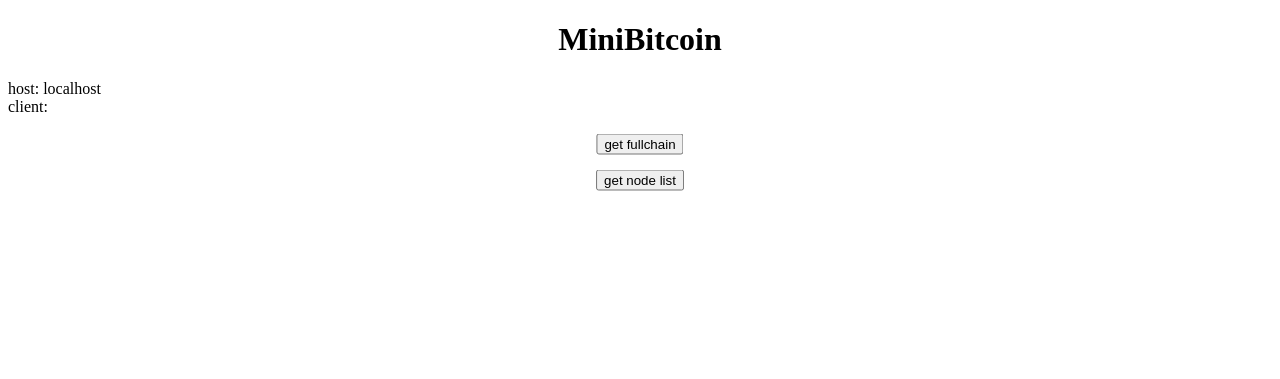
Repository: lam4562311/Minibitcoin
Page: http://localhost/
The author's editor kept a copy of each file at every save. The page is drawn from the files as they stood at one save, then again after the next save.
The browser window is 1280 px wide. The pictures show the whole page.
Some web libraries are served in a nearby version. The page is served by the project's application, run on Flask 3 (bitcoin-5003.py).

Above is the page before, as saved 2022-04-08 23:13:05.

### templates/homepage.html
<!DOCTYPE html>
<html>
<head>
    <style>
        .center {
          margin:10px 0px 10px 0px;
          position: absolute;
          left: 50%;
          -ms-transform: translate(-50%, -50%);
          transform: translate(-50%, -50%);
        }
        </style>
</head>
    <body>

        <h1><center> MiniBitcoin </center></h1>
        <span> host:</span>
        <span id="hostname_span"></span><br>
        <span>client:</span>
        <span id="client_id_span"></span><br>

        <span id="fullchain_span"></span>
        <br>
        <div class="center">
            <button id="get_chain_bt">get fullchain</button>
        </div>
        <br>
        <span id="node_list_span"></span>
        <br>
        <div class="center">
            <button id="get_node_bt">get node list</button>
        </div>
        <br>
    <script src="//ajax.googleapis.com/ajax/libs/jquery/1.9.1/jquery.min.js"></script>
    <script src="{{url_for("static", filename="index.js")}}"></script>
    </body>
</html>

### bitcoin-5003.py
from operator import contains
import wx
from bitcoinclass import Transaction,Wallet,Block,Blockchain
from flask import Flask, jsonify, request, render_template, redirect, url_for, send_file
from urllib.parse import urlparse
import json
import re
import requests
import io
import logging
app = Flask(__name__)

#Flask API
@app.route('/new_transaction', methods=['POST'])
def new_transaction():
    values = request.form

    # Check that the required fields are in the PoST'ed data
    required = ['recipient_address', 'amount']
    if not all(k in values for k in required):
        return 'Missing values', 400

    #Create a new Transaction
    transaction = Transaction(myWallet.identity, values['recipient_address'], values[ 'amount'])
    transaction.add_signature(myWallet.sign_transaction(transaction))
    transaction_result = blockchain.add_new_transaction(transaction)

    if transaction_result:
        response = { 'message': 'Transaction will be added to Block'}
        return jsonify(response), 201
    else:
        response = {'message': 'Invalid Transaction!'}
        return jsonify(response), 406

@app.route( '/get_transactions' , methods=[ 'GET'])
def get_transactions():
    #Get transactions from transactions pool
    transactions = blockchain.unconfirmed_transactions
    response = {'transactions' : transactions}
    return jsonify(response), 200

@app.route('/chain', methods=['GET'])
def last_ten_blocks():
    response = {
        'chain' : blockchain.chain[-10:],
        'length': len(blockchain.chain),
    }
    return jsonify(response), 200


@app.route('/fullchain', methods=['GET'])
def full_chain():
    response = {
    'chain' : json.dumps(blockchain.chain),
    'length' : len(blockchain.chain),
    }
    return jsonify (response), 200

@app.route('/get_nodes', methods=['GET'])
def get_nodes():
    nodes = list(blockchain.nodes)
    response = {'nodes' : nodes}
    return jsonify(response), 200

@app.route('/register_node', methods=['POST'])
def register_node():
    values = request.form
    node = values.get('node')
    com_port = values.get('com_port')
    if node is None and com_port is None:
        return "Error: Please supply a valid list of nodes", 400
    if com_port is not None:
        blockchain.register_node(request.remote_addr + ":" + com_port)
        node = request.remote_addr + ":" + com_port
        app.logger.warning(node)
    else:
        blockchain.register_node(node)
    node_list = requests.get('http://' + node + '/get_nodes')
    if node_list.status_code == 200:
        node_list = node_list.json()['nodes']
        for node in node_list:
            blockchain.register_node( node)

    for new_nodes in blockchain.nodes:
        requests.post( 'http://' + new_nodes + '/register_node' , data={'com_port':str(port)})

    replaced = blockchain.consensus()
    if replaced:
        app.logger.warning('replaced')
        response ={
        'message' : 'Longer authoritative chain found from peers, replacing ours' ,
        'total_nodes ' : [node for node in blockchain.nodes]}
    else:
        response ={
        'message': 'New nodes have been added,but our chain is authoritative',
        'total_nodes' : [node for node in blockchain.nodes]
    }
    return jsonify(response), 201

@app.route('/consensus', methods=['GET'])
def consensus():
    replaced = blockchain.consensus()
    if replaced:
        app.logger.info('replaced')
        response = {
            'message' : 'our chain was replaced',
        }
    else:
        app.logger.info('not replaced')
        response = {
        'message ' : 'our chain is authoritative',
        }
    return jsonify(response), 200

@app.route('/mine', methods=[ 'GET'])
def mine():
    blockchain.boardcast_transactions(request.host)

    newblock = blockchain.mine(myWallet)
    for node in blockchain.nodes:
        ans = requests.get('http://' + node + '/consensus')
        app.logger.info(ans)
    response = {
        'index' : newblock.index,
        'transactions' : newblock.transactions,
        'timestamp' : newblock.timestamp,
        'nonce' : newblock.nonce,
        'hash' : newblock.hash,
        'previous_hash' : newblock.previous_hash
    }
    return jsonify( response), 200

@app.route('/import_key', methods=['POST'])
def import_key():
    f = request.files['file']
    blob = f.read()
    myWallet.import_key(blob)
    return 'key imported successfully'

@app.route('/export_key', methods=['GET'])
def export_key():
    blob = myWallet.export_key()
    return send_file(
        io.BytesIO(blob),
        mimetype='application/octet-stream',
        as_attachment = True,
        attachment_filename = "keyfile")

@app.route('/get_status', methods=['GET'])
def get_status():
    response ={
        'public_key' : myWallet.identity,
        'balance': blockchain.get_balance(myWallet.identity)
    }
    return jsonify(response),200

@app.route('/update_balance', methods=['PUT'])
def update_balance():
    myWallet.balance = blockchain.get_balance(myWallet.identity)
    response = {'message': 'Balance updated'}
    return jsonify(response), 200

@app.route('/sync_transactions', methods=['GET'])
def sync_transactions():
    result = blockchain.boardcast_transactions(request.host)
    if result:
        response = {
            'message': 'Synchronized Transactions'
        }
    else:
        resonse = {'message': 'False'}
    return jsonify(resonse), 200

@app.route('/')
def index():
    return render_template('homepage.html')

if __name__ == '__main__':
    myWallet = Wallet()
    blockchain = Blockchain()
    port = 5003
    app.logger.setLevel(logging.DEBUG)
    app.run(host='127.0.0.1', port=port, debug = True)

### static/index.js
let get_chain_bt = document.querySelector("#get_chain_bt");
let get_node_bt = document.querySelector("#get_node_bt");

let full_chain_span = document.querySelector("#fullchain_span")
let full_node_span = document.querySelector("#node_list_span")
let hostname_span = document.querySelector("#hostname_span")
let client_id_span = document.querySelector("#client_id_span")

hostname_span.innerHTML = window.location.hostname;
client_id_span.innerHTML = window.location.port;

function get_full_chain(){
    $.ajax({
        type: "GET",
        contentType: "application/json; charset=utf-8",
        url:"/fullchain",
        dataType: "json",
        success: (data) => {
            full_chain_span.innerHTML = JSON.stringify(data);
        }
    });
    querystring = window.location.search;
}
function get_node_list(){
    $.ajax(
        {
            type: "GET",
            contentType: "application/json; charset: utf-8",
            url:"/get_nodes",
            dataType: "json",
            success: (data) => {
                full_node_span.innerHTML = JSON.stringify(data);
            }
        }
    )
}
$(get_chain_bt).click(()=>get_full_chain());
$(get_node_bt).click(()=>get_node_list());

After the next save:
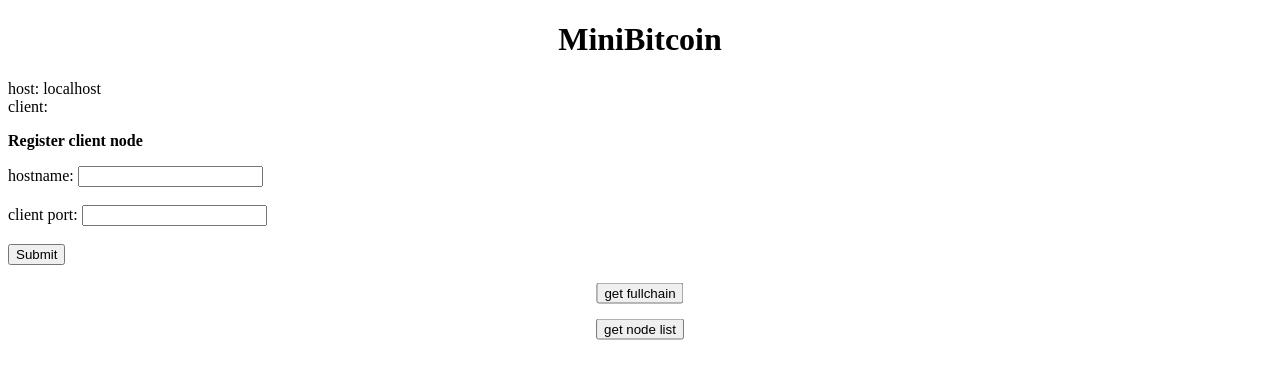
Saved 6 min 6 s later.
--- a/templates/homepage.html
+++ b/templates/homepage.html
@@ -18,7 +18,15 @@
         <span id="hostname_span"></span><br>
         <span>client:</span>
         <span id="client_id_span"></span><br>
-
+        <p><strong>Register client node</strong><br>
+        </p>
+        <form>
+            <label for="fname">hostname:</label>
+            <input type="text" id="hostname" name="hostname"><br><br>
+            <label for="lname">client port:</label>
+            <input type="text" id="port" name="port"><br><br>
+            <input type="submit" value="Submit">
+          </form>
         <span id="fullchain_span"></span>
         <br>
         <div class="center">
